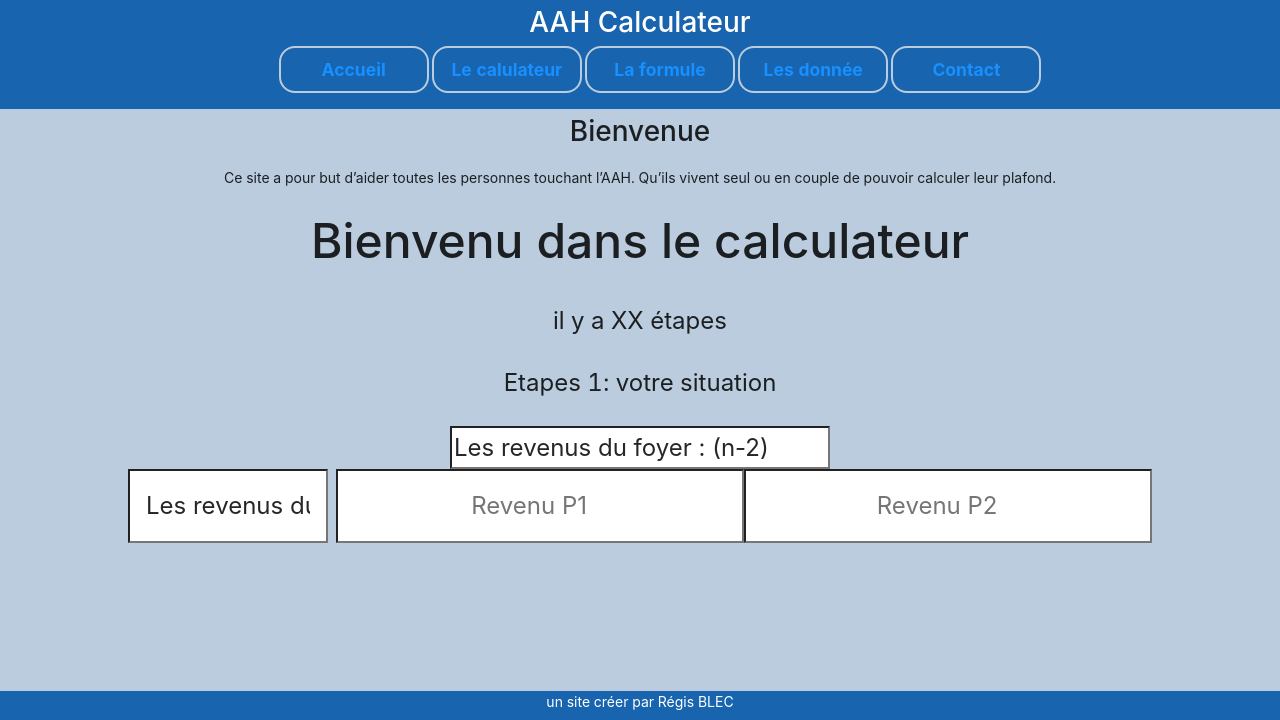
Repository: Cide74/calculateur-aah
Page: /
These files come from the project's save history. The page is drawn as it stood at one moment and after a run of saves; the edit follows.
The browser window is 1280 px wide. The pictures show the whole page.
The project was rebuilt for these pictures with package versions that can differ from the ones it lists, and the page was loaded fresh each time.

Above is the page before, as saved 2021-04-05 17:57:59.

After the next 2 saves:
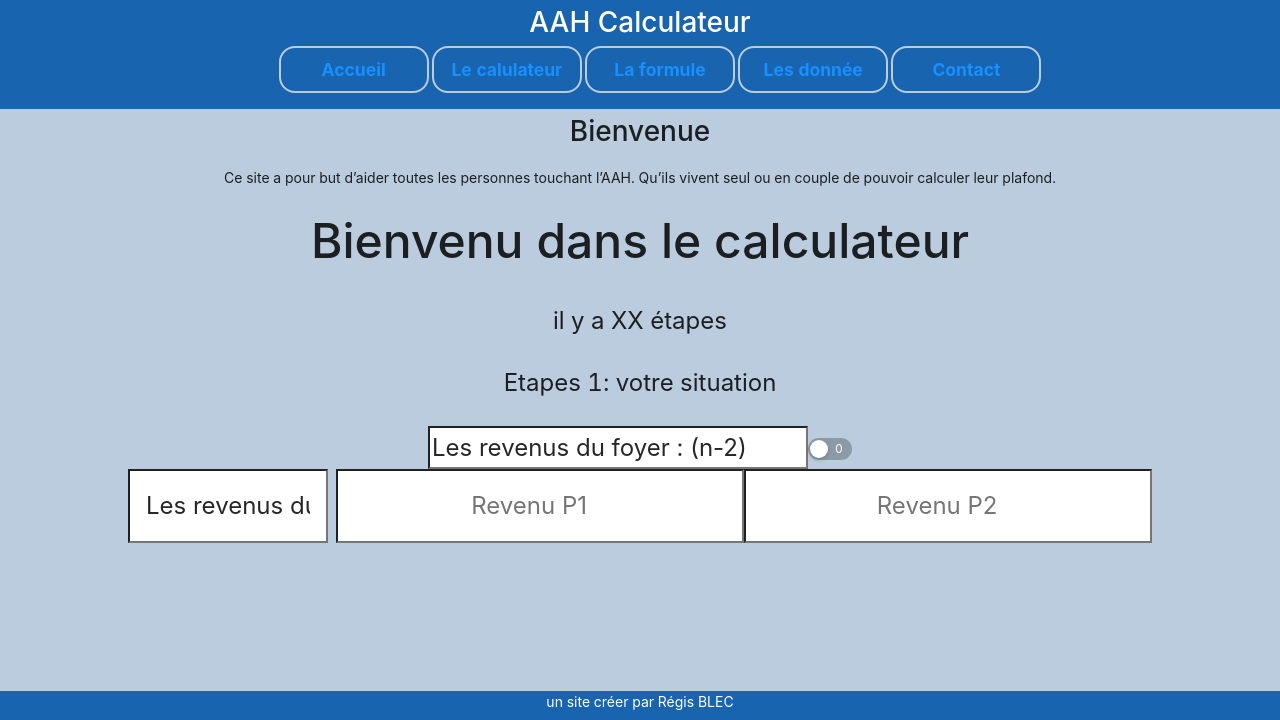
The 2 saves are shown as one change because they came seconds apart.
The last was saved 23 s later.
--- a/src/components/Calculator/Calculator.js
+++ b/src/components/Calculator/Calculator.js
@@ -24,6 +24,7 @@ export default function Calculator() {
               name='revenu-text'
             />
 
+<Switch checkedChildren="1" unCheckedChildren="0" />
 
           </div>
         </form>
